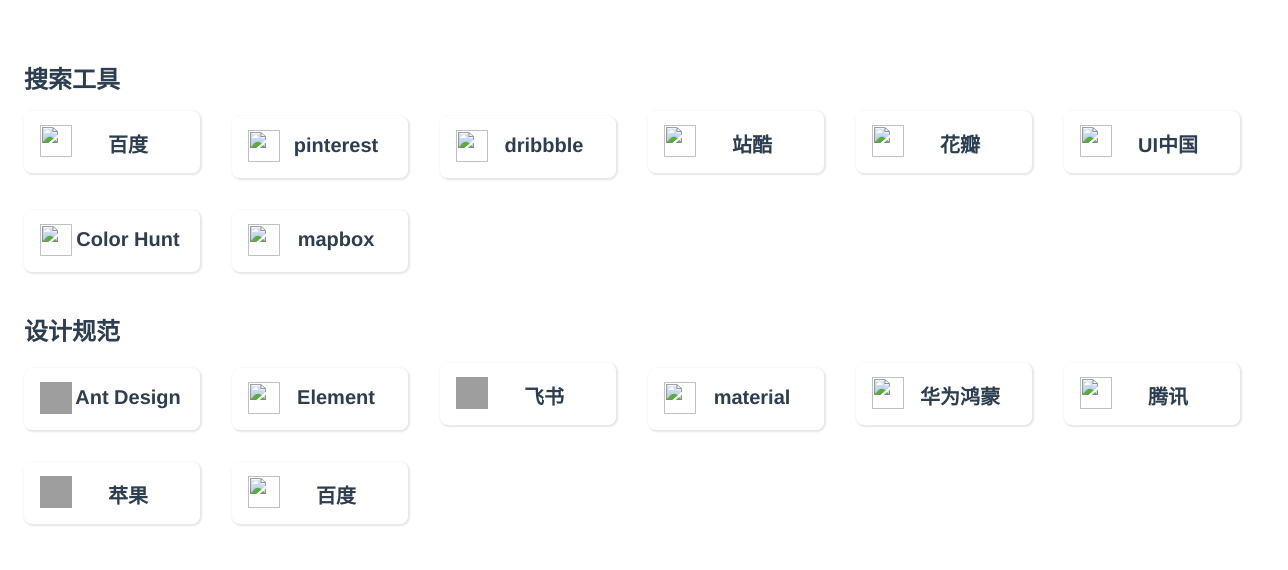
Repository: LiuZixu-aurelio/collection
Page: /
An editor plug-in stored every save of this project. The page is shown before and after the next save, followed by the edit.
The browser window is 1280 px wide. The page is 1288 px wide, so the pictures cover 1288 px, including what lies to the right of the window. The pictures show the whole page.
Pictures or frames that could not be fetched are drawn as grey boxes. The project was rebuilt for these pictures with package versions that can differ from the ones it lists, and the page was loaded fresh each time.

Above is the page before, as saved 2022-06-22 15:51:52.

After the next save:
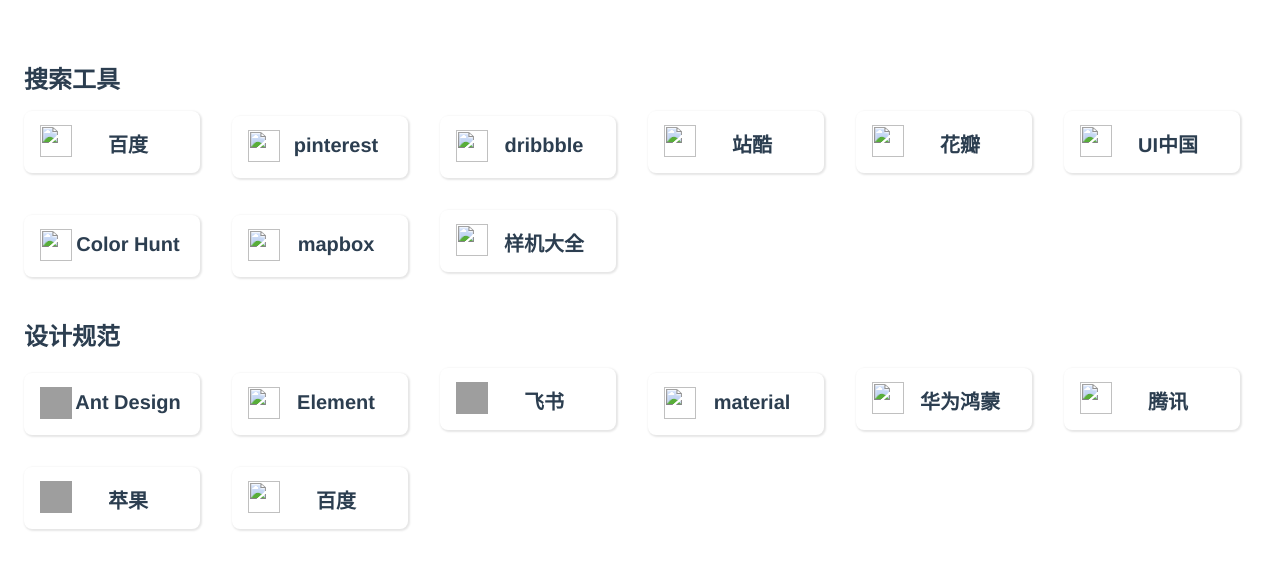
Saved 2 min 23 s later.
--- a/src/components/HelloWorld.vue
+++ b/src/components/HelloWorld.vue
@@ -10,6 +10,7 @@
       <Card class='card' msg="UI中国" web="https://www.ui.cn/" logo="https://www.ui.cn/favicon.ico"/>
       <Card class='card' msg="Color Hunt" web="https://colorhunt.co/" logo="https://colorhunt.co/img/colorhunt-favicon.svg?2"/>
       <Card class='card' msg="mapbox" web="https://api.mapbox.com/styles/v1/mapbox/light-v10.html?title=true&access_token=pk.eyJ1IjoibWFwYm94IiwiYSI6ImNpejY4M29iazA2Z2gycXA4N2pmbDZmangifQ.-g_vE53SD2WrJ6tFX7QHmA#13.52/47.50887/19.08254" logo="https://static-assets.mapbox.com/branding/favicon/v1/favicon.ico?v=gAd4JjrGWl"/>
+      <Card class='card' msg="样机大全" web="https://www.mockupworld.co/all-mockups/" logo="https://static-assets.mapbox.com/branding/favicon/v1/favicon.ico?v=gAd4JjrGWl"/>
 
 
       <h2>设计规范</h2>
